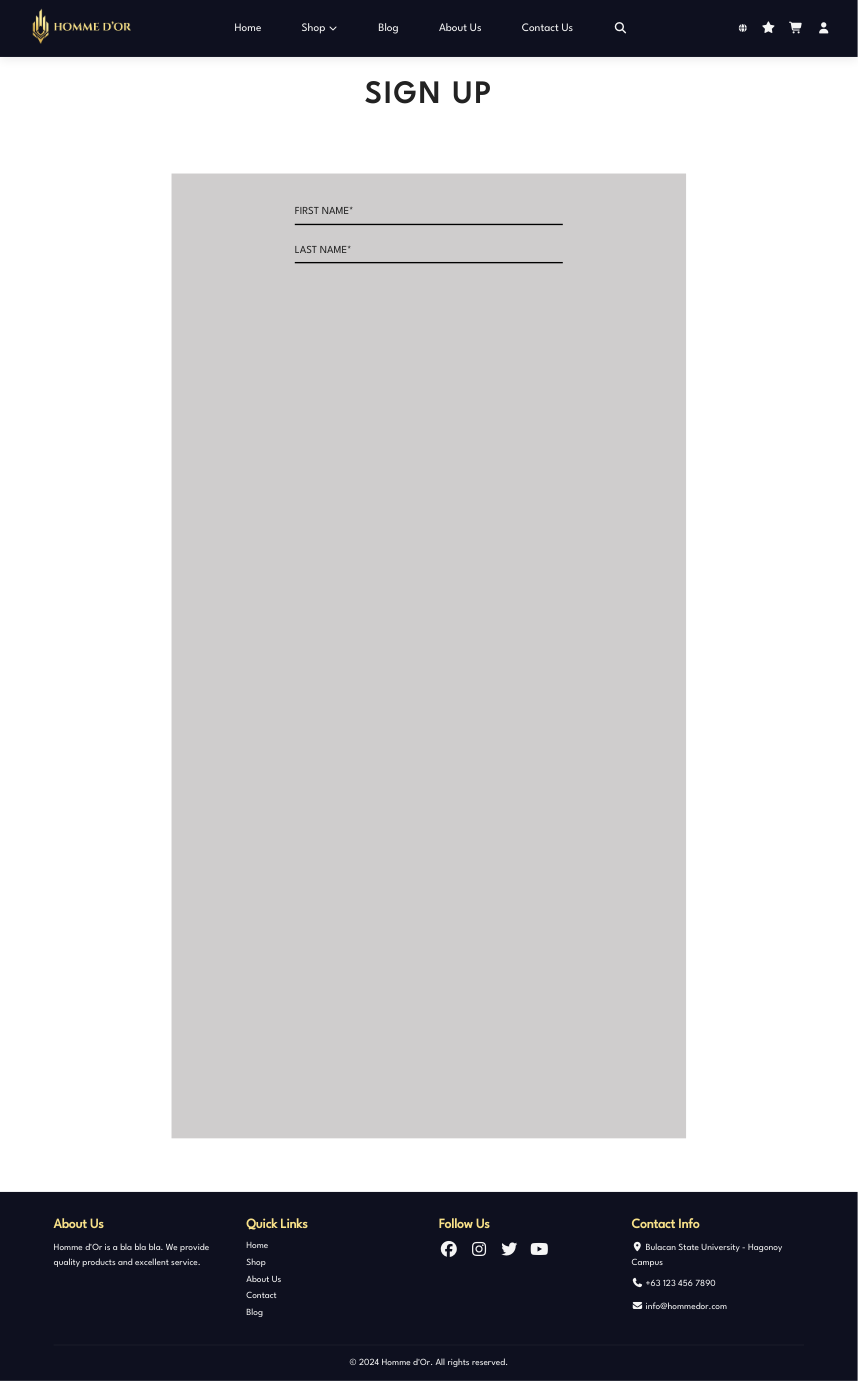
Repository: Izy-Blinken/Homme-d-Or
Page: http://localhost/Homme_dor/pages/signup.php?country=ph
These files come from the project's save history. The page is drawn as it stood at one moment and after the next save; the edit follows.
The browser window is 1280 px wide. The pictures show the whole page, at 67% of full size.
The page is run by PHP 8.4 with error messages shown; the project is at /var/www/html/.

Above is the page before, as saved 2026-01-24 20:10:52.

After the next save:
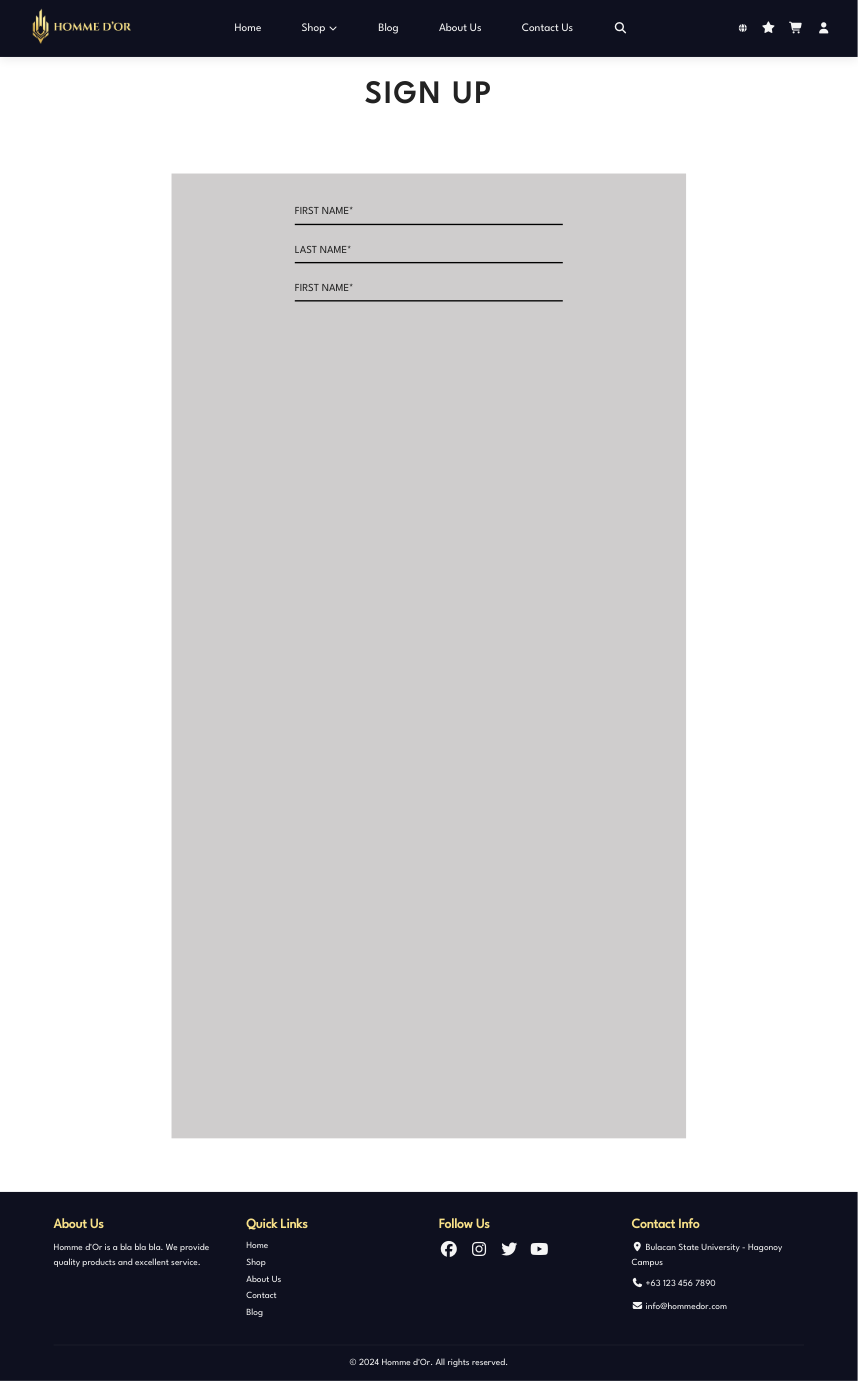
Saved 4 s later.
--- a/pages/signup.php
+++ b/pages/signup.php
@@ -27,6 +27,11 @@
                     <label>LAST NAME*</label>
                 </div>
 
+                <div class="inputGroup">
+                    <input type="text" required>
+                    <label>FIRST NAME*</label>
+                </div>
+
 
             </div>
         </main>
